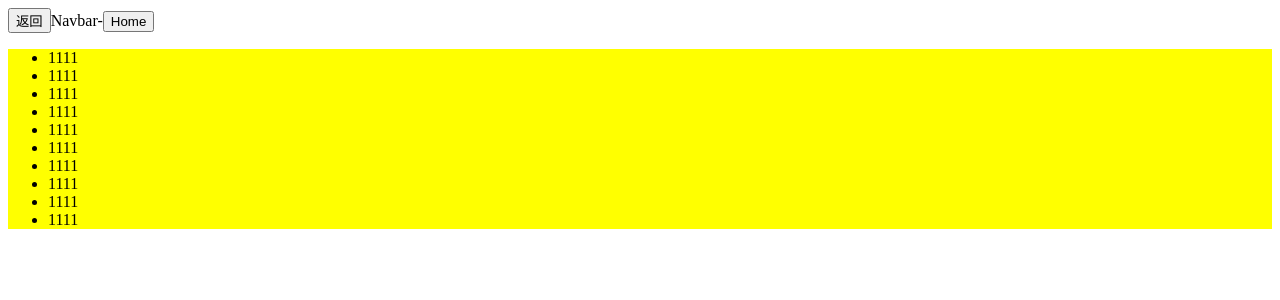
Repository: zenghao518518/React
Page: /
An editor plug-in stored every save of this project. The page is shown before and after the next save, followed by the edit.
The browser window is 1280 px wide. The pictures show the whole page.
The project was rebuilt for these pictures with package versions that can differ from the ones it lists, and the page was loaded fresh each time.

Above is the page before, as saved 2023-07-25 14:03:57.

### src/index.js
import React from 'react';
//import ReactDOM from 'react-dom';
import ReactDOM from 'react-dom/client'
//import './01-base/01-class组件'
//ReactDOM.render(<div>111111</div>,document.getElementById('root'))                    //);
//import App from './01-base/01-class组件'
//import App from './01-base/02-函数式组件'
//import App from './01-base/03-组件的嵌套'
//import App from './01-base/04-组件的样式'
//import App from './01-base/05-事件绑定-1'
//import App from './01-base/06-事件绑定-2'
//import App from './01-base/07-ref'
//import App from './01-base/08-state'
//import App from './01-base/09-数组渲染'
//import App from './01-base/10-todolist'
//import App from './01-base/12-卖座选项卡'
//import App from './01-base/13-setState同步异步'
//import App from './01-base/14-betterScroll'
//import App from './01-base/15-betterscroll-cinema'
//import App from './01-base/16-prop'
import App from './01-base/17-props函数式组件'
//import App from './01-base/19-非受控'
//import App from './01-base/20-受控'
let root = ReactDOM.createRoot(document.getElementById('root'));
//root.render(<div>111111</div>);
root.render(<React.StrictMode><App></App></React.StrictMode>);
//root.render(<App></App>);

### src/01-base/17-props函数式组件.js
import React, { Component } from 'react'
import Navbar from './Navbar'
import Sidebar from './Sidebar'
export default class App extends Component {
  render() {
    return (
      <div>
          {/* 类组件 */}
          <Navbar></Navbar>
          {/* 函数式组件 */}
          <Sidebar bg="yellow"></Sidebar>
      </div>
    )
  }
}

### src/01-base/Navbar/index.js
import React, { Component } from "react";
import zenghaoProp from "prop-types";
console.log(zenghaoProp);
export default class Navbar extends Component {
  state = {
    //只能内部自己用的，外面无法改变
  };
  //类属性
  static propTypes = {
    title: zenghaoProp.string,
    leftshow: zenghaoProp.bool,
  };
  //默认值
  static defaultProps = {
    leftshow: true,
  };

  render() {
    console.log(this.props);
    let { title, leftshow } = this.props;

    return (
      <div>
        {leftshow && <button>返回</button>}
        Navbar-{title}
        <button>Home</button>
      </div>
    );
  }
}

### src/01-base/Sidebar/index.js
import React from 'react'

export default function Sidebar(props) {
  console.log(props)
  let {bg} = props
  return (
    <div  style={{background:bg}}>
        <ul>
            <li>1111</li>
            <li>1111</li>
            <li>1111</li>
            <li>1111</li>
            <li>1111</li>
            <li>1111</li>
            <li>1111</li>
            <li>1111</li>
            <li>1111</li>
            <li>1111</li>
        </ul>
    </div>
  )
}

Loaded but not shown: public/index.html (common file)

After the next save:
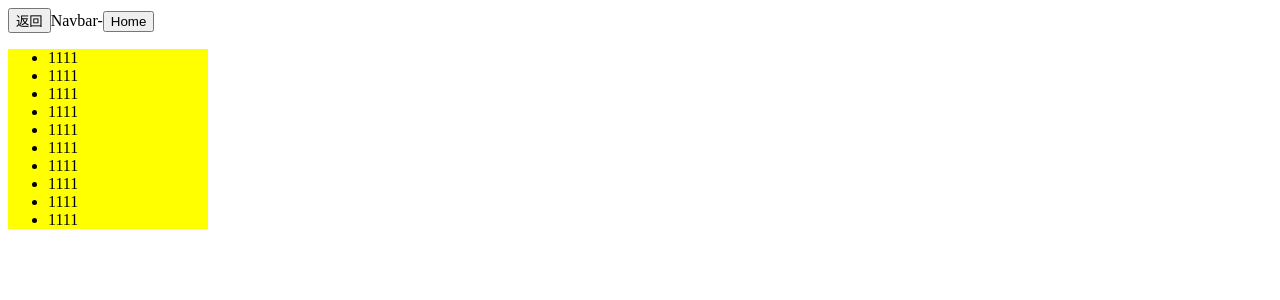
Saved 14 min 22 s later.
--- a/src/01-base/Sidebar/index.js
+++ b/src/01-base/Sidebar/index.js
@@ -4,7 +4,7 @@ export default function Sidebar(props) {
   console.log(props)
   let {bg} = props
   return (
-    <div  style={{background:bg}}>
+    <div  style={{background:bg,width:"200px"}}>
         <ul>
             <li>1111</li>
             <li>1111</li>
